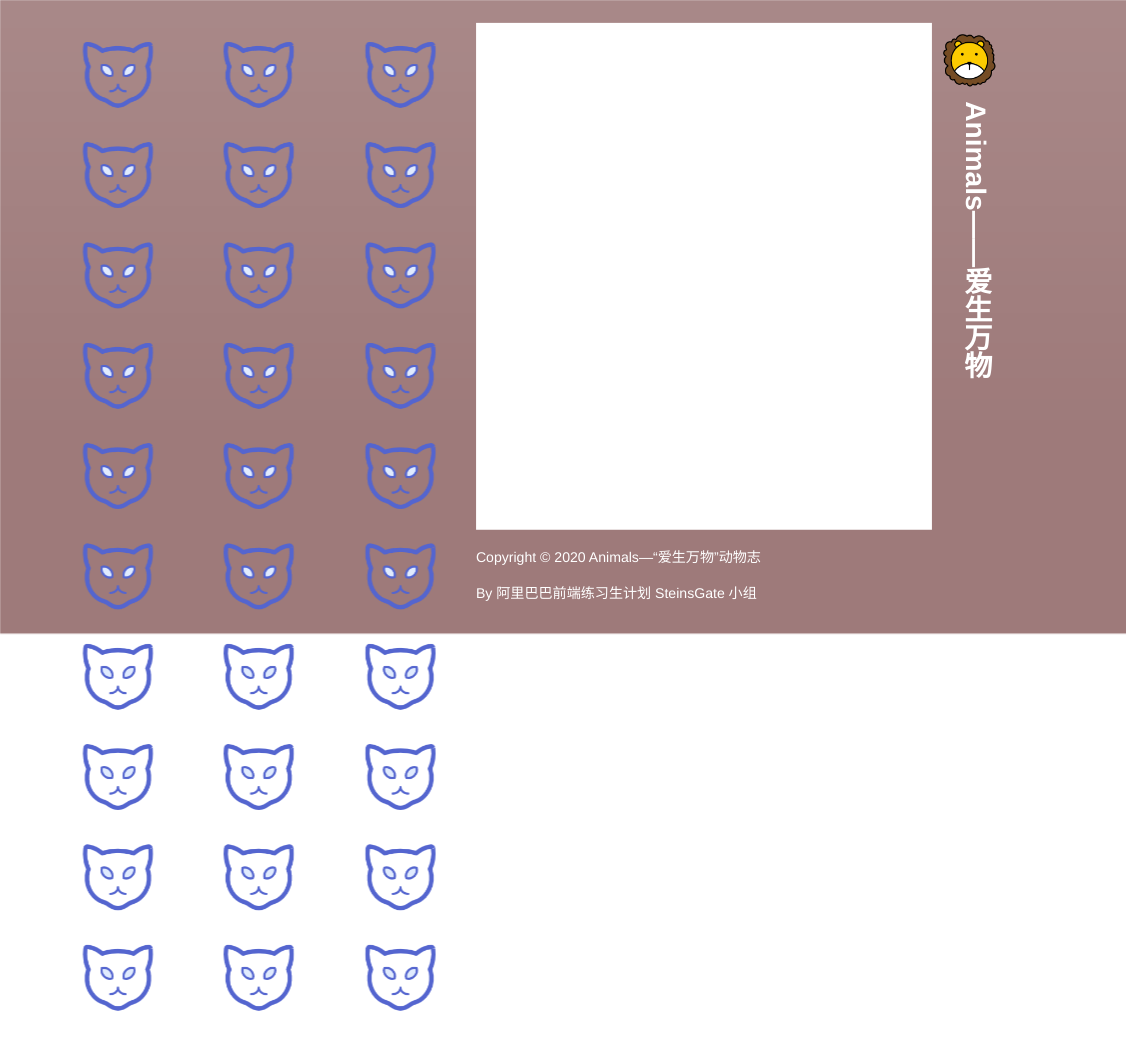
Repository: Whiskeyi/Animals
Page: /
The author's editor kept a copy of each file at every save. The page is drawn from the files as they stood at one save, then again after the next save.
The browser window is 1280 px wide. The pictures show the whole page, at 88% of full size.
The project was rebuilt for these pictures with package versions that can differ from the ones it lists, and the page was loaded fresh each time.

Above is the page before, as saved 2021-11-15 23:30:36.

### public/index.html
<!DOCTYPE html>
<html lang="en">
  <head>
    <meta charset="utf-8">
    <meta http-equiv="X-UA-Compatible" content="IE=edge">
    <meta name="viewport" content="width=device-width,initial-scale=1.0">
    <link rel="icon" href="<%= BASE_URL %>favicon.ico">
    <title>Animals</title>
  </head>
  <body>
    <noscript>
      <strong>We're sorry but animals doesn't work properly without JavaScript enabled. Please enable it to continue.</strong>
    </noscript>
    <div id="app"></div>
    <!-- built files will be auto injected -->
  </body>
</html>

### src/main.js
import Vue from 'vue'
import App from './App.vue'
import router from './router'
import store from './store'
import './plugins/element.js' // 引入element-ui

Vue.config.productionTip = false

new Vue({
  router,
  store,
  render: h => h(App)
}).$mount('#app')

### src/App.vue
<template>
  <div id="app">
    <!-- 入口 -->
    <router-view/>
  </div>
</template>

<style lang="scss">
#app {
  font-family: 'Avenir', Helvetica, Arial, sans-serif;
  -webkit-font-smoothing: antialiased;
  -moz-osx-font-smoothing: grayscale;
}

html, body {  // 去除白边
    width: 100%;
    height: 100%;
    margin: 0;
    padding: 0;
    position: relative;
}

</style>

### src/router.js
// 路由
import Vue from 'vue'
import Router from 'vue-router'
import Home from './views/Home.vue'

Vue.use(Router)

export default new Router({
  mode: 'history',
  base: process.env.BASE_URL,
  routes: [
    {
      path: '/',
      name: 'home',
      component: Home
    }
  ]
})

### src/plugins/element.js
// 引入element-ui
import Vue from 'vue'

import ElementUI from 'element-ui';
import 'element-ui/lib/theme-chalk/index.css';

Vue.use(ElementUI);

### src/views/Home.vue
<template>
  <div class="home">
    <!-- 背景+光泽效果 -->
    <div class="bg">
      <Gloss></Gloss>
    </div>
    <!-- 页面容器 -->
    <div class="container">
      <!-- 左侧展示模块 -->
      <div id="leftContainer">
        <LeftMain></LeftMain>
      </div>
      <!-- 右侧展示模块 -->
      <div id="rightContainer">
        <!-- 输出信息 -->
          <Info></Info>
          <!-- 右侧标题 -->
          <RightHead></RightHead>
          <!-- 尾部 -->
          <Footer></Footer>
      </div>
    </div>
  </div>
</template>

<script>
// @ is an alias to /src
// 组件引入
import Gloss from '@/components/Gloss'
import Footer from '@/components/Footer'
import Info from '@/components/Info'
import RightHead from '@/components/right-head'
import LeftMain from '@/components/left-main'

export default {
  name: 'home',
  components: {
    Gloss,Footer,Info,RightHead,LeftMain
  }
}
</script>

<style lang="scss" scoped>
.home {
  // 滚动条样式修改（待定）
}
.bg {
  height: 100%;
  width: 100%;
  background-color:rgb(158, 122, 122);
  position: fixed;
  transition: background-color 2s ease-in; // 背景颜色2S过渡
  filter: blur(0.5px); // 背景高斯模糊
  // z-index: -9; //暂时注释,影响调试
}
#leftContainer {
  position: absolute;
  left: 10%;
  width: 30%;
  height: 100%;
  margin: 0 auto;
}
#rightContainer {
  position: fixed;
  right: 10%;
  width: 50%;
  height: 100%;
  margin: 0 auto;
}
@media screen and (max-width: 1440px) { // 屏幕小于1440px样式
  #leftContainer {
  position: absolute;
  left: 5%;
  width: 36%;
  height: 100%;
  margin: 0 auto;
}
#rightContainer {
  position: fixed;
  right: 5%;
  width: 54%;
  height: 100%;
  margin: 0 auto;
}
}
</style>

### src/components/Gloss/index.vue
<template>
<!-- 实现光泽效果,丰富背景颜色 -->
<div id="gloss"></div>
</template>

<script>
export default {

}
</script>

<style lang="scss" scoped>
#gloss {
    position: fixed;
    width: 100%;
    height: 478px;
    background: url('../../assets/gloss.png') repeat-x;
    // z-index: -8;  //暂时注释,影响调试
}
</style>

### src/components/Footer/index.vue
<template>
  <div class="footerContainer">
      <p>Copyright © 2020 Animals—“爱生万物”动物志</p>
      <p>By 阿里巴巴前端练习生计划 SteinsGate 小组</p>
  </div>
</template>

<script>
export default {

}
</script>

<style lang="scss" scoped>
.footerContainer {
    position: fixed;
    bottom: 0;
    font-size: 1rem;
    color:#fff;
    margin:0 0 20px 16px;
}
</style>

### src/components/Info/index.vue
<template>
  <div class="infoContainer">

  </div>
</template>

<script>
export default {

}
</script>

<style lang="scss" scoped>
.infoContainer {
    float: left;
    z-index: 10000;
    width: 82%;
    height: 80%;
    margin: 26px 0 0 16px;
    background-color: #fff;
}
.infoContainer logo {
    position: absolute;
}
@media screen and (max-width: 1440px) { // 屏幕小于1440px样式
  .infoContainer {
    float: left;
    z-index: 10000;
    width: 75%;
    height: 80%;
    margin: 26px 0 0 16px;
    background-color: #fff;
}
}
</style>

### src/components/right-head/index.vue
<template>
  <div class="rightHeadContainer">
      <el-image class="logo" alt="logo" :src="require('@/icons/index.png')"></el-image>
      <h1 class="vertical">Animals——爱生万物</h1>
  </div>
</template>

<script>
export default {

}
</script>

<style lang="scss" scoped>
.rightHeadContainer {
    float: left;
    height: 400px;
    width: 100px;
    margin: 26px 0 0 16px;
}
.vertical {
    writing-mode: vertical-lr;
    padding-left: 5px;
    color: #fff;
}
@media screen and (max-width: 1440px) { // 屏幕小于1440px样式
    .rightHeadContainer {
        float: left;
        height: 400px;
        width:85px;
        margin: 26px 0 0 0;
    }
    .vertical {
        writing-mode: vertical-lr;
        padding-right: 0;
        color: #fff;
    }
}
</style>

### src/components/left-main/index.vue
<template>
  <div class="leftContainer">
    <el-row :gutter="20" type="flex" justify="center">
      <el-col :span="8">
        <el-image class="logo" alt="logo" :src="require('@/icons//animals/cat.png')"></el-image>
      </el-col>
      <el-col :span="8">
        <el-image class="logo" alt="logo" :src="require('@/icons//animals/cat.png')"></el-image>
      </el-col>
      <el-col :span="8">
        <el-image class="logo" alt="logo" :src="require('@/icons//animals/cat.png')"></el-image>
      </el-col>
    </el-row>
    <el-row :gutter="20" type="flex" justify="center">
      <el-col :span="8">
        <el-image class="logo" alt="logo" :src="require('@/icons//animals/cat.png')"></el-image>
      </el-col>
      <el-col :span="8">
        <el-image class="logo" alt="logo" :src="require('@/icons//animals/cat.png')"></el-image>
      </el-col>
      <el-col :span="8">
        <el-image class="logo" alt="logo" :src="require('@/icons//animals/cat.png')"></el-image>
      </el-col>
    </el-row>
    <el-row :gutter="20" type="flex" justify="center">
      <el-col :span="8">
        <el-image class="logo" alt="logo" :src="require('@/icons//animals/cat.png')"></el-image>
      </el-col>
      <el-col :span="8">
        <el-image class="logo" alt="logo" :src="require('@/icons//animals/cat.png')"></el-image>
      </el-col>
      <el-col :span="8">
        <el-image class="logo" alt="logo" :src="require('@/icons//animals/cat.png')"></el-image>
      </el-col>
    </el-row>
    <el-row :gutter="20" type="flex" justify="center">
      <el-col :span="8">
        <el-image class="logo" alt="logo" :src="require('@/icons//animals/cat.png')"></el-image>
      </el-col>
      <el-col :span="8">
        <el-image class="logo" alt="logo" :src="require('@/icons//animals/cat.png')"></el-image>
      </el-col>
      <el-col :span="8">
        <el-image class="logo" alt="logo" :src="require('@/icons//animals/cat.png')"></el-image>
      </el-col>
    </el-row>
    <el-row :gutter="20" type="flex" justify="center">
      <el-col :span="8">
        <el-image class="logo" alt="logo" :src="require('@/icons//animals/cat.png')"></el-image>
      </el-col>
      <el-col :span="8">
        <el-image class="logo" alt="logo" :src="require('@/icons//animals/cat.png')"></el-image>
      </el-col>
      <el-col :span="8">
        <el-image class="logo" alt="logo" :src="require('@/icons//animals/cat.png')"></el-image>
      </el-col>
    </el-row>
    <el-row :gutter="20" type="flex" justify="center">
      <el-col :span="8">
        <el-image class="logo" alt="logo" :src="require('@/icons//animals/cat.png')"></el-image>
      </el-col>
      <el-col :span="8">
        <el-image class="logo" alt="logo" :src="require('@/icons//animals/cat.png')"></el-image>
      </el-col>
      <el-col :span="8">
        <el-image class="logo" alt="logo" :src="require('@/icons//animals/cat.png')"></el-image>
      </el-col>
    </el-row>
    <el-row :gutter="20" type="flex" justify="center">
      <el-col :span="8">
        <el-image class="logo" alt="logo" :src="require('@/icons//animals/cat.png')"></el-image>
      </el-col>
      <el-col :span="8">
        <el-image class="logo" alt="logo" :src="require('@/icons//animals/cat.png')"></el-image>
      </el-col>
      <el-col :span="8">
        <el-image class="logo" alt="logo" :src="require('@/icons//animals/cat.png')"></el-image>
      </el-col>
    </el-row>
    <el-row :gutter="20" type="flex" justify="center">
      <el-col :span="8">
        <el-image class="logo" alt="logo" :src="require('@/icons//animals/cat.png')"></el-image>
      </el-col>
      <el-col :span="8">
        <el-image class="logo" alt="logo" :src="require('@/icons//animals/cat.png')"></el-image>
      </el-col>
      <el-col :span="8">
        <el-image class="logo" alt="logo" :src="require('@/icons//animals/cat.png')"></el-image>
      </el-col>
    </el-row>
    <el-row :gutter="20" type="flex" justify="center">
      <el-col :span="8">
        <el-image class="logo" alt="logo" :src="require('@/icons//animals/cat.png')"></el-image>
      </el-col>
      <el-col :span="8">
        <el-image class="logo" alt="logo" :src="require('@/icons//animals/cat.png')"></el-image>
      </el-col>
      <el-col :span="8">
        <el-image class="logo" alt="logo" :src="require('@/icons//animals/cat.png')"></el-image>
      </el-col>
    </el-row>
    <el-row :gutter="20" type="flex" justify="center">
      <el-col :span="8">
        <el-image class="logo" alt="logo" :src="require('@/icons//animals/cat.png')"></el-image>
      </el-col>
      <el-col :span="8">
        <el-image class="logo" alt="logo" :src="require('@/icons//animals/cat.png')"></el-image>
      </el-col>
      <el-col :span="8">
        <el-image class="logo" alt="logo" :src="require('@/icons//animals/cat.png')"></el-image>
      </el-col>
    </el-row>
  </div>
</template>

<script>
export default {

}
</script>

<style lang="scss" scoped>
.leftContainer {
  padding: 30px 0;
  width: 100%;
  text-align: center;
}
.leftContainer .logo {
  width: 110px;
  height: 110px;
  padding: 20px 0;
}
 @media screen and (max-width: 1440px) { // 屏幕小于1440px样式
  .leftContainer .logo {
    height: 80px;
    width: 80px;
    padding: 15px 0;
  }
 }
</style>

Loaded but not shown: src/store.js (common file)

After the next save:
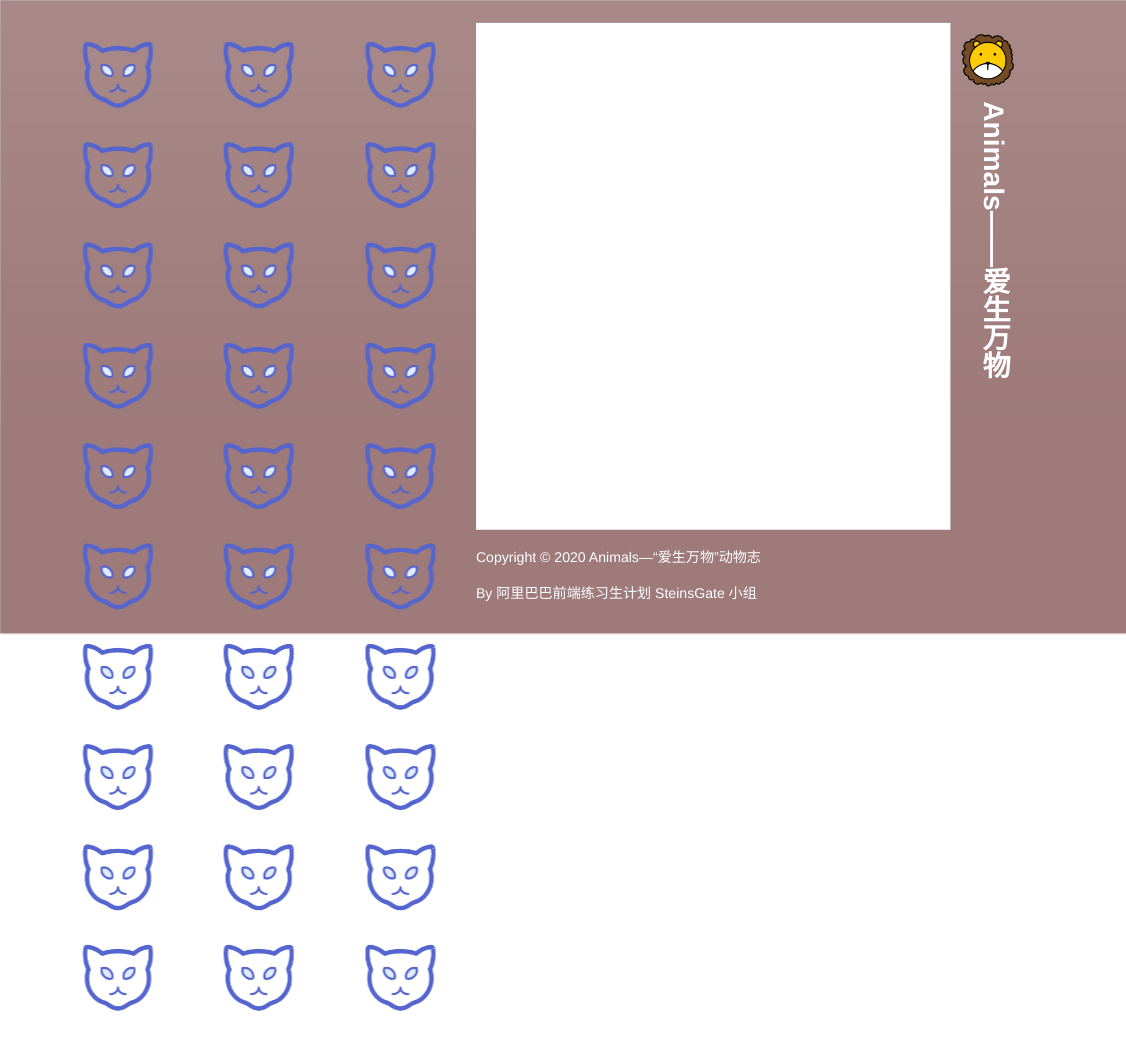
Saved 16 s later.
--- a/src/components/Info/index.vue
+++ b/src/components/Info/index.vue
@@ -26,7 +26,7 @@
   .infoContainer {
     float: left;
     z-index: 10000;
-    width: 75%;
+    width: 78%;
     height: 80%;
     margin: 26px 0 0 16px;
     background-color: #fff;

After the save that followed:
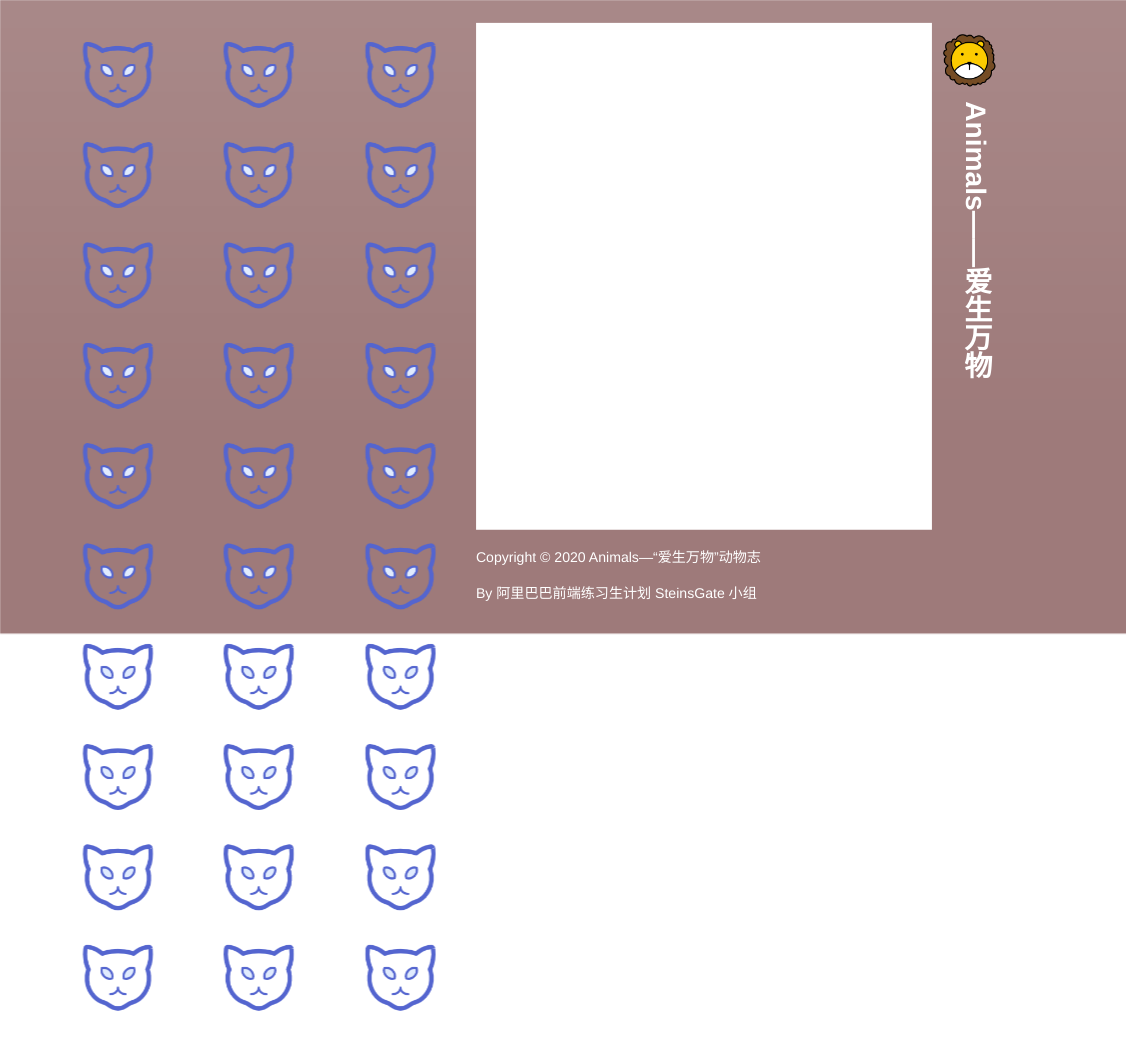
Saved 9 s later.
--- a/src/components/Info/index.vue
+++ b/src/components/Info/index.vue
@@ -26,7 +26,7 @@
   .infoContainer {
     float: left;
     z-index: 10000;
-    width: 78%;
+    width: 75%;
     height: 80%;
     margin: 26px 0 0 16px;
     background-color: #fff;
